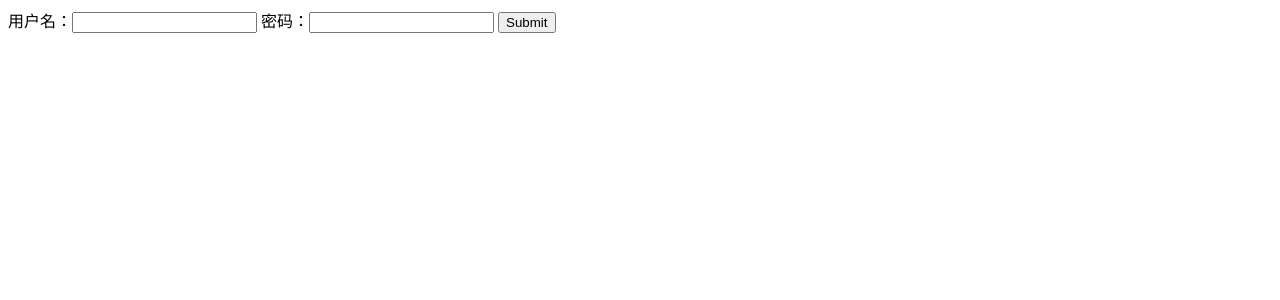
Repository: Research11/materials
Page: http://localhost/SSHDemo/
An editor plug-in stored every save of this project. The page is shown before and after the next save, followed by the edit.
The browser window is 1280 px wide. The pictures show the whole page.
The page is served by Tomcat 9. Other server files are loaded and not shown.

Above is the page before, as saved 2016-05-23 08:43:35.

### practice/SSHDemo/WebContent/login.jsp
<%@ page language="java" contentType="text/html; charset=UTF-8"
    pageEncoding="UTF-8"%>
<!DOCTYPE html PUBLIC "-//W3C//DTD HTML 4.01 Transitional//EN" "http://www.w3.org/TR/html4/loose.dtd">
<html>
<head>
<meta http-equiv="Content-Type" content="text/html; charset=UTF-8">
<title>Insert title here</title>
</head>
<body>
<form action="login" method="post">
	用户名：<input type="text" name="uname"/>
	密码：<input type="password" name="password"/>
	<input type="submit" name="提交"/>
</form>
</body>
</html>

After the next save:
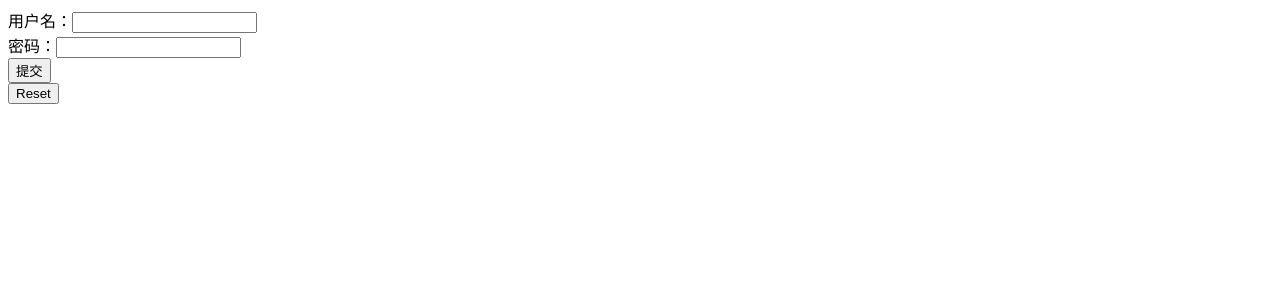
Saved 63 s later.
--- a/practice/SSHDemo/WebContent/login.jsp
+++ b/practice/SSHDemo/WebContent/login.jsp
@@ -8,9 +8,10 @@
 </head>
 <body>
 <form action="login" method="post">
-	用户名：<input type="text" name="uname"/>
-	密码：<input type="password" name="password"/>
-	<input type="submit" name="提交"/>
+	用户名：<input type="text" name="uname"/><br/>
+	密码：<input type="password" name="password"/><br/>
+	<input type="submit" value="提交"/><br/>
+	<input type="reset"/>
 </form>
 </body>
 </html>
